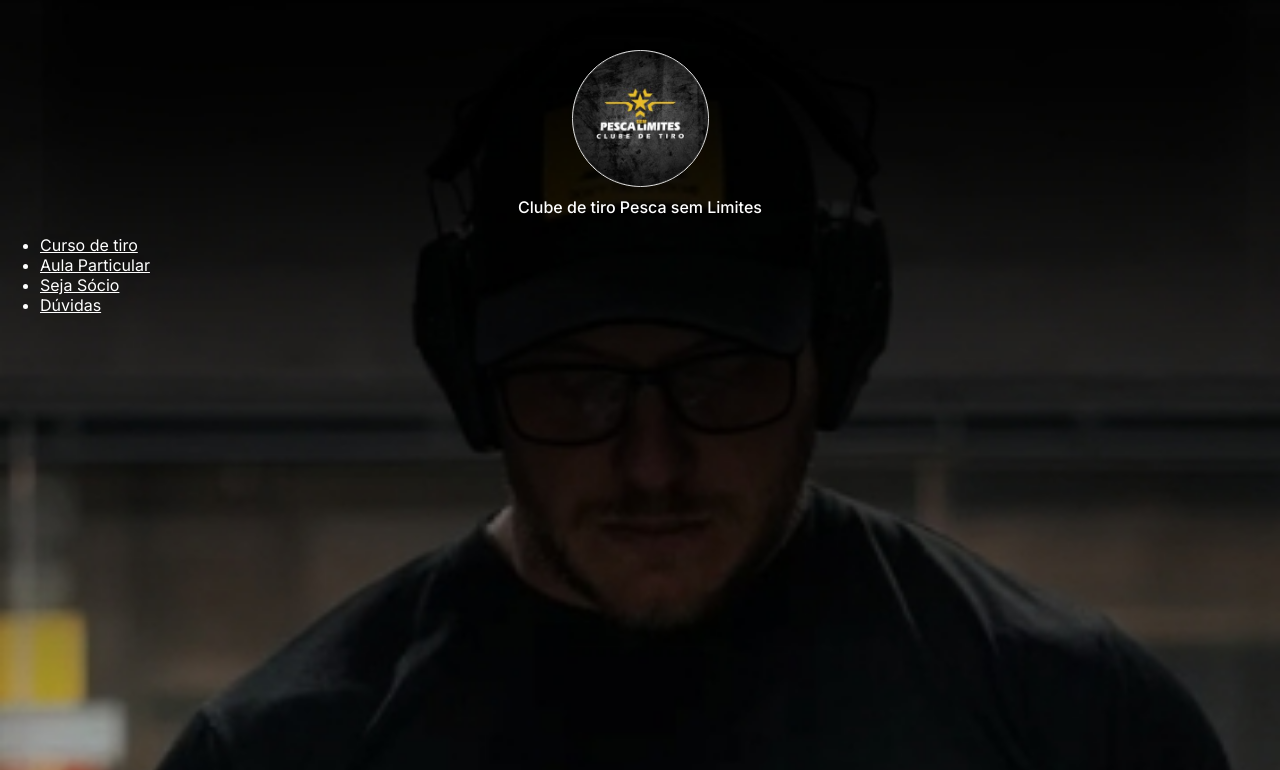
Repository: Fr4nc021/LinkPages-PescasemLimites
Page: index.html
These files come from the project's save history. The page is drawn as it stood at one moment and after the next save; the edit follows.
The browser window is 1280 px wide. The pictures show the whole page.

Above is the page before, as saved 2025-02-27 22:08:41.

After the next save:
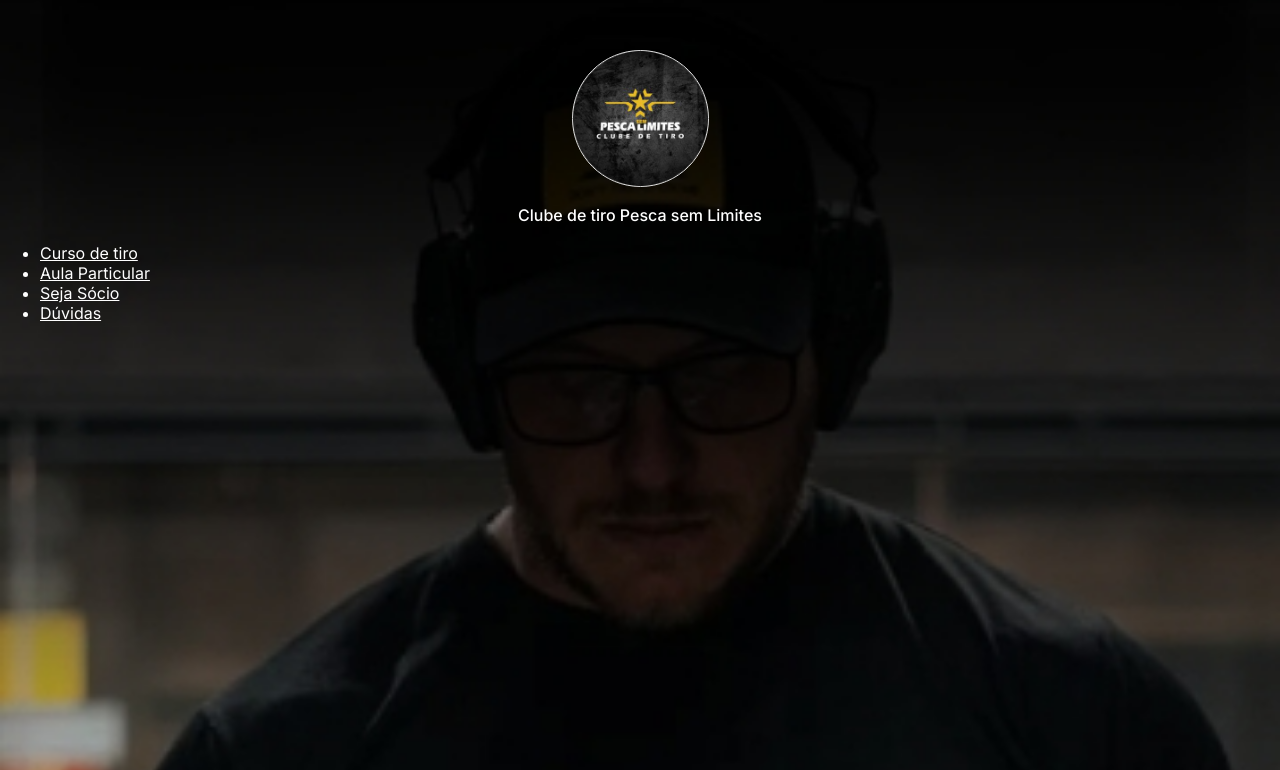
Saved 9 s later.
--- a/style.css
+++ b/style.css
@@ -24,5 +24,5 @@
 #profile p {
     font-weight: 500;
     line-height: 24px;
-    margin-top: 8px;
+    margin-top: 16px;
 }
